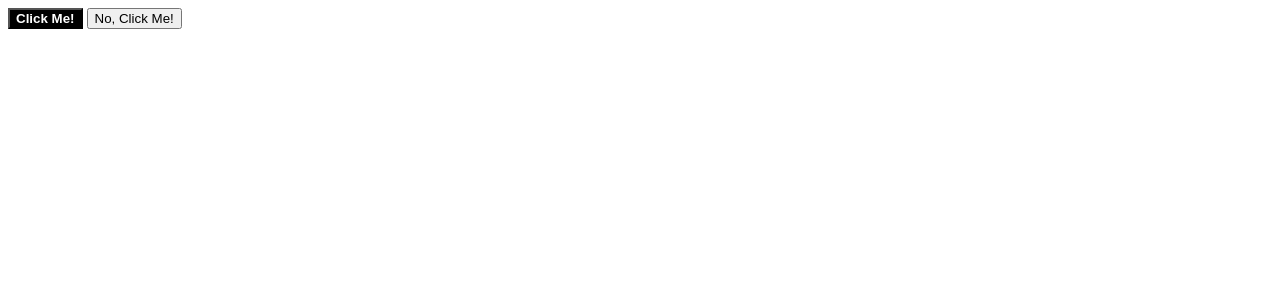
Repository: bbrockbrown/css-exercises
Page: foundations/03-grouping-selectors/index.html
These files come from the project's save history. The page is drawn as it stood at one moment and after the next save; the edit follows.
The browser window is 1280 px wide. The pictures show the whole page.

Above is the page before, as saved 2024-07-08 13:00:40.

After the next save:
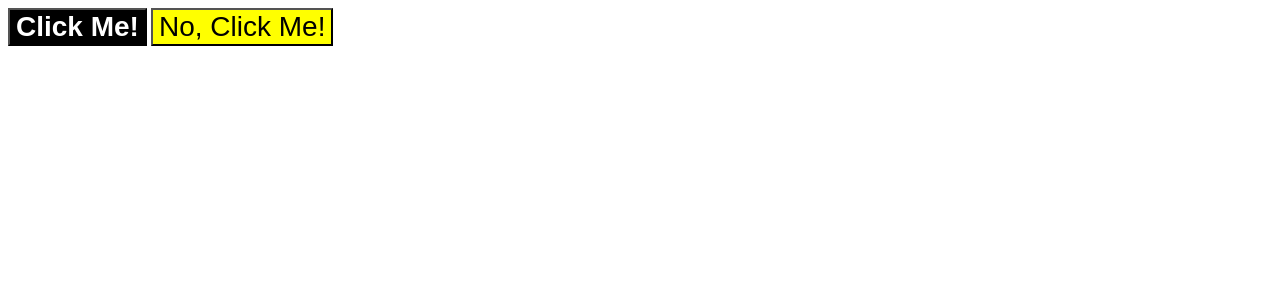
Saved 69 s later.
--- a/foundations/03-grouping-selectors/style.css
+++ b/foundations/03-grouping-selectors/style.css
@@ -5,9 +5,10 @@
 }
 
 .no-click {
-
+    background-color: yellow;
 }
 
 .no-click, .click {
+    font-size: 28px;
 
 }
